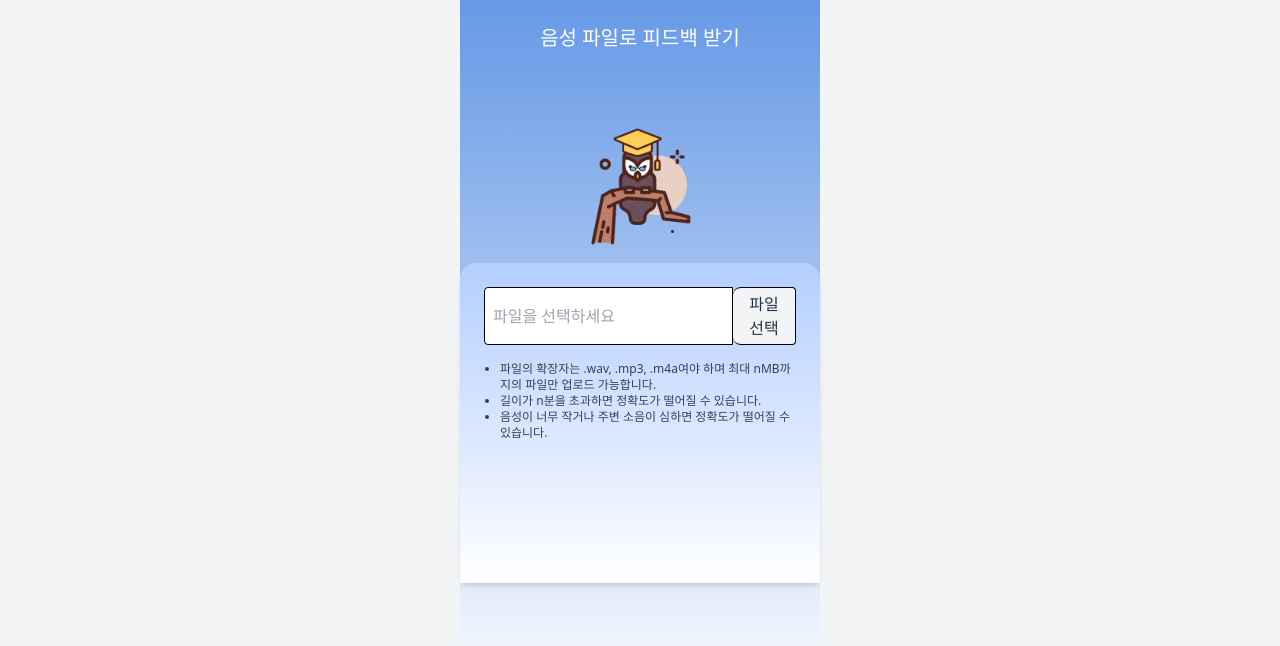
Repository: yurim1205/mini_front
Page: /file (app in frontend/)
An editor plug-in stored every save of this project. The page is shown before and after the next save, followed by the edit.
The browser window is 1280 px wide. The pictures show the whole page.
The project was rebuilt for these pictures with package versions that can differ from the ones it lists, and the page was loaded fresh each time. Also part of the build but not shown: frontend/vite.config.js, frontend/src/components/common/Button.jsx, frontend/src/components/buttons/fileFeedbackBtn.jsx, frontend/src/components/buttons/rec_FeedbackBtn.jsx, frontend/src/pages/home.jsx, frontend/src/pages/recordFeedback.jsx.

Above is the page before, as saved 2025-05-14 09:37:09.

After the next save:
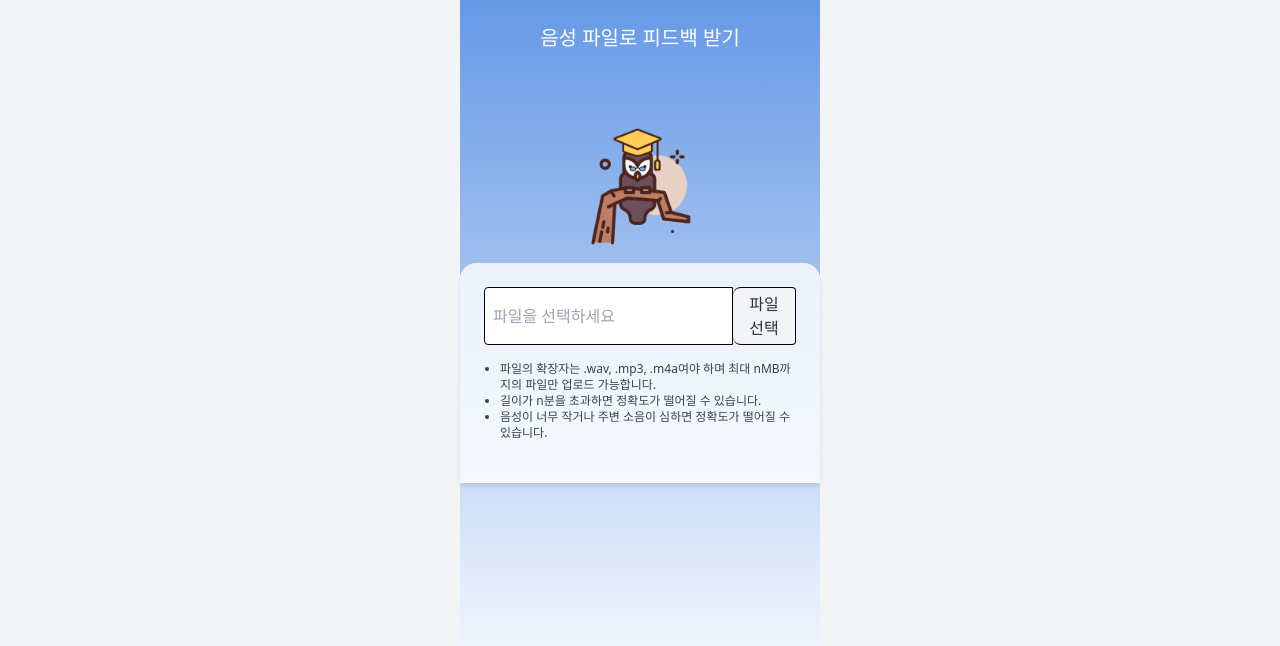
Saved 69 s later.
--- a/frontend/src/pages/fileFeedback.jsx
+++ b/frontend/src/pages/fileFeedback.jsx
@@ -25,10 +25,7 @@
         />
 
         <div
-          className="rounded-t-2xl rounded-b-none shadow-md w-full px-6 py-6 mt-2 flex flex-col items-center min-h-[320px]"
-          style={{
-            background: "linear-gradient(to bottom, #b3cfff 0%, #e0eaff 60%, #fff 100%)"
-          }}
+          className="rounded-t-2xl rounded-b-none shadow-md w-full px-6 py-6 mt-2 flex flex-col items-center min-h-[220px] bg-white bg-opacity-80"
         >
           {/* 파일 업로드 부분 */}
           <div className="flex w-full mb-4">

After the save that followed:
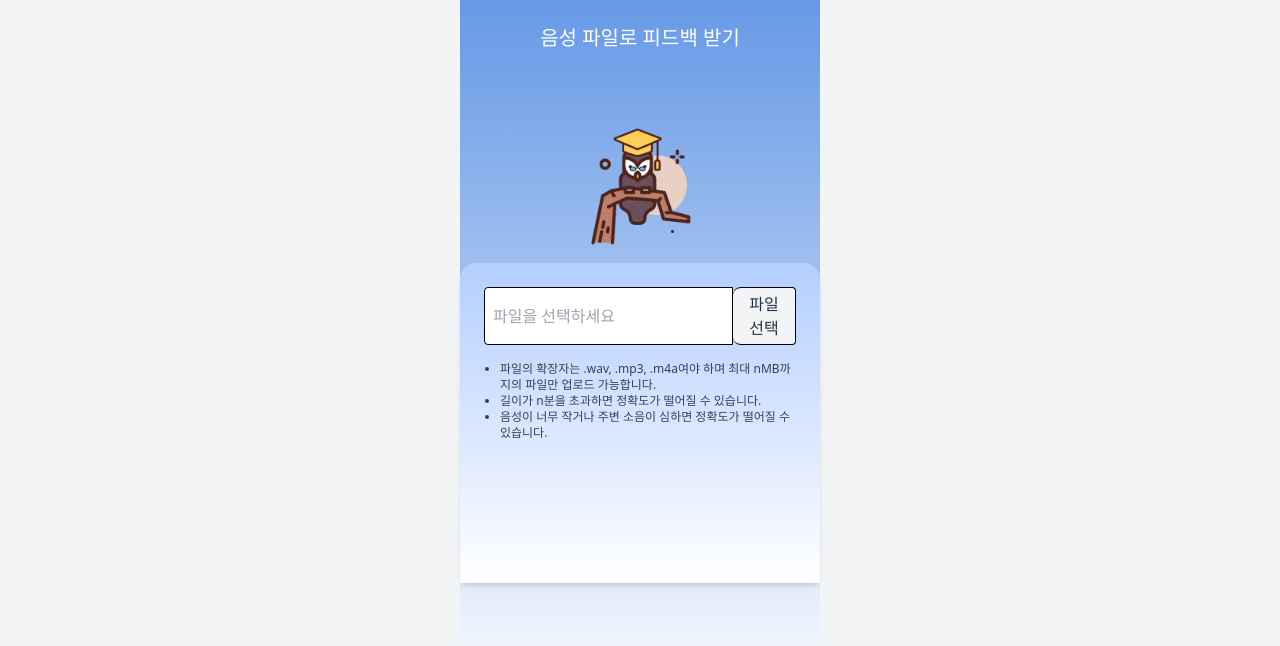
Saved 10 s later.
--- a/frontend/src/pages/fileFeedback.jsx
+++ b/frontend/src/pages/fileFeedback.jsx
@@ -25,7 +25,10 @@
         />
 
         <div
-          className="rounded-t-2xl rounded-b-none shadow-md w-full px-6 py-6 mt-2 flex flex-col items-center min-h-[220px] bg-white bg-opacity-80"
+          className="rounded-t-2xl rounded-b-none shadow-md w-full px-6 py-6 mt-2 flex flex-col items-center min-h-[320px]"
+          style={{
+            background: "linear-gradient(to bottom, #b3cfff 0%, #e0eaff 60%, #fff 100%)"
+          }}
         >
           {/* 파일 업로드 부분 */}
           <div className="flex w-full mb-4">
